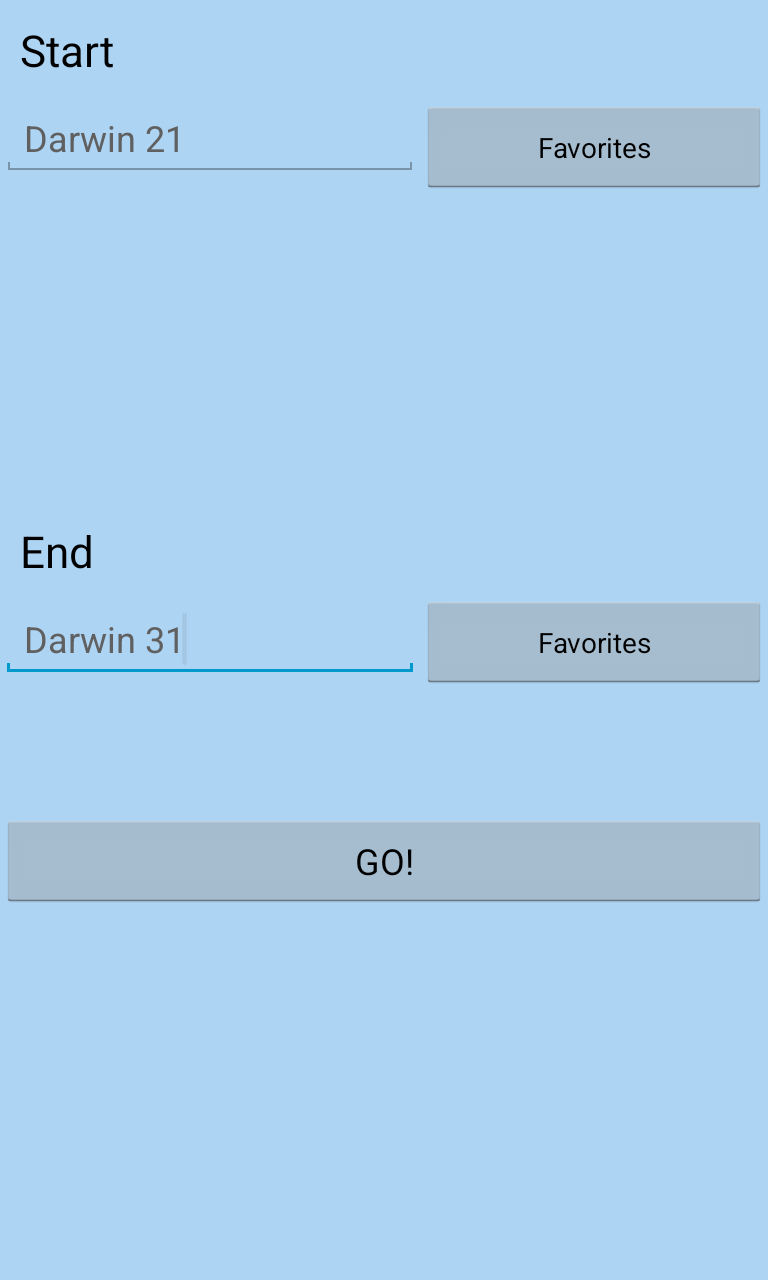
Repository: jnazor/Wolfshark-App
Layout: Wolfshark/res/layout/activity_locateinput.xml
The author's editor kept a copy of each file at every save. The layout is drawn from the files as they stood at one save, then again after the next save.
It is drawn on a 768 x 1280 px phone screen (xhdpi) without system bars, with theme AppTheme; the app's code is not run.

Above is the layout before, as saved 2013-02-04 19:25:17.

After the next save:
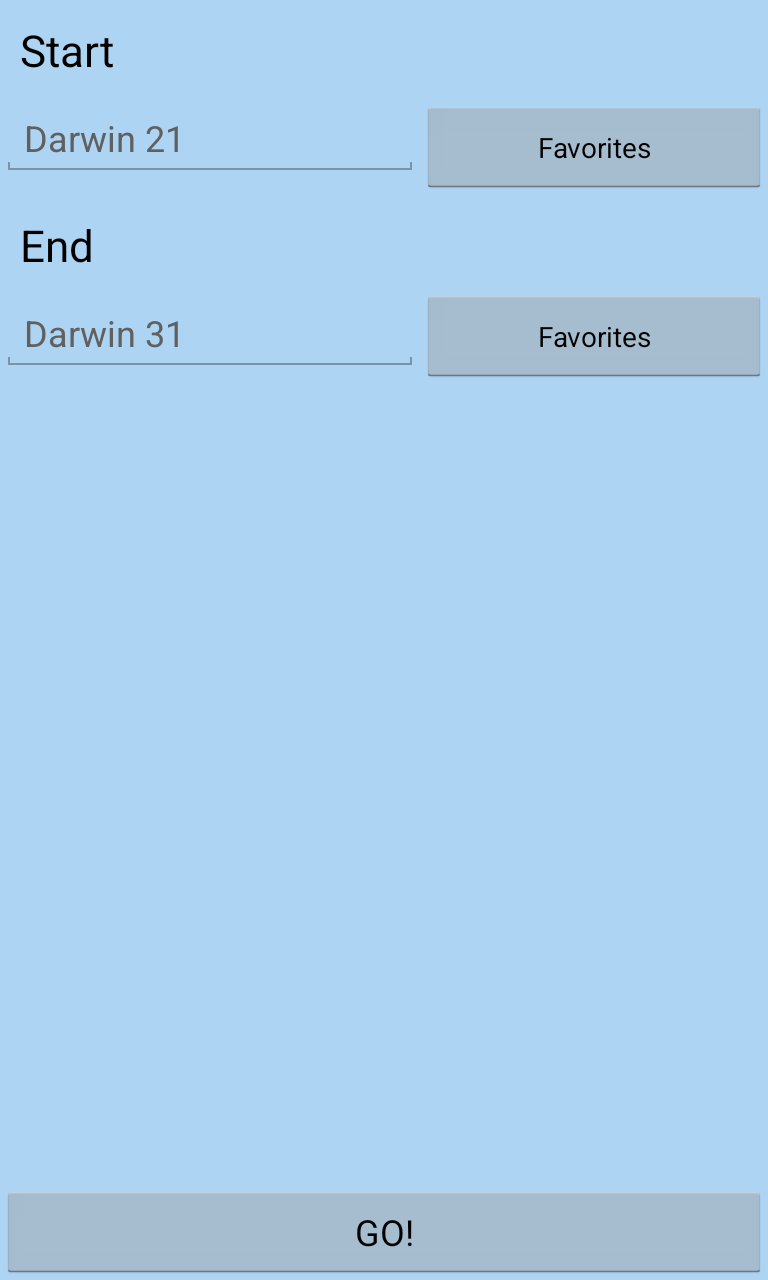
Saved 5 min 12 s later.
--- a/Wolfshark/res/layout/activity_locateinput.xml
+++ b/Wolfshark/res/layout/activity_locateinput.xml
@@ -26,39 +26,6 @@
         android:textColor="@color/gray" />
 
     <Button
-        android:id="@+id/locateInput"
-        android:layout_width="fill_parent"
-        android:layout_height="wrap_content"
-        android:layout_alignParentLeft="true"
-        android:layout_below="@+id/autoCompleteTextView2"
-        android:layout_marginTop="67dp"
-        android:onClick="onGo"
-        android:text="@string/go" />
-
-    <AutoCompleteTextView
-        android:id="@+id/autoCompleteTextView2"
-        android:layout_width="wrap_content"
-        android:layout_height="wrap_content"
-        android:layout_alignParentLeft="true"
-        android:layout_centerVertical="true"
-        android:ems="10"
-        android:text="Darwin 31"
-        android:textColor="@color/gray" >
-
-        <requestFocus />
-    </AutoCompleteTextView>
-
-    <TextView
-        android:id="@+id/starttext"
-        android:layout_width="wrap_content"
-        android:layout_height="wrap_content"
-        android:layout_above="@+id/autoCompleteTextView2"
-        android:layout_alignParentLeft="true"
-        android:layout_margin="10dp"
-        android:text="End"
-        android:textAppearance="?android:attr/textAppearanceLarge" />
-
-    <Button
         android:id="@+id/startFav"
         style="?android:attr/buttonStyleSmall"
         android:layout_width="wrap_content"
@@ -79,4 +46,33 @@
         android:layout_toRightOf="@+id/autoCompleteTextView2"
         android:text="Favorites" />
 
+    <TextView
+        android:id="@+id/starttext"
+        android:layout_width="wrap_content"
+        android:layout_height="wrap_content"
+        android:layout_alignParentLeft="true"
+        android:layout_below="@+id/startFav"
+        android:layout_margin="10dp"
+        android:text="End"
+        android:textAppearance="?android:attr/textAppearanceLarge" />
+
+    <AutoCompleteTextView
+        android:id="@+id/autoCompleteTextView2"
+        android:layout_width="wrap_content"
+        android:layout_height="wrap_content"
+        android:layout_alignParentLeft="true"
+        android:layout_below="@+id/starttext"
+        android:ems="10"
+        android:text="Darwin 31"
+        android:textColor="@color/gray" />
+
+    <Button
+        android:id="@+id/locateInput"
+        android:layout_width="fill_parent"
+        android:layout_height="wrap_content"
+        android:layout_alignParentBottom="true"
+        android:layout_alignParentLeft="true"
+        android:onClick="onGo"
+        android:text="@string/go" />
+
 </RelativeLayout>
